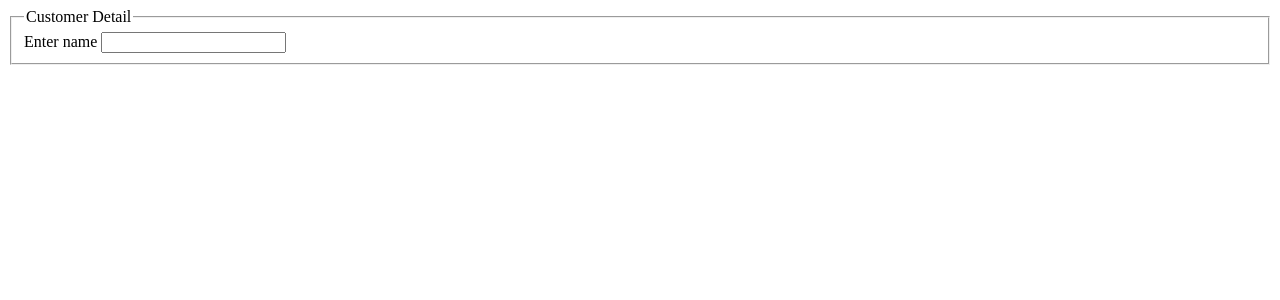
Repository: viram703/SpringBoot
Page: http://localhost/BootJpa/home.jsp
The author's editor kept a copy of each file at every save. The page is drawn from the files as they stood at one save, then again after the next save.
The browser window is 1280 px wide. The pictures show the whole page.
The page is served by Tomcat 9. Other server files are loaded and not shown.

Above is the page before, as saved 2020-02-21 09:17:37.

### Boot/BootJpa/src/main/webapp/home.jsp
<%@ page language="java" contentType="text/html; charset=ISO-8859-1"
    pageEncoding="ISO-8859-1"%>
<!DOCTYPE html>
<html>
<head>
<meta charset="ISO-8859-1">
<title>Insert title here</title>
</head>
<body>

	<form action="addCustomer">
		<fieldset>
			<legend>Customer Detail</legend>
					<label>Enter name</label>
					<input type="text" name="id"></br>

		</fieldset>
	</form>

</body>
</html>

After the next save:
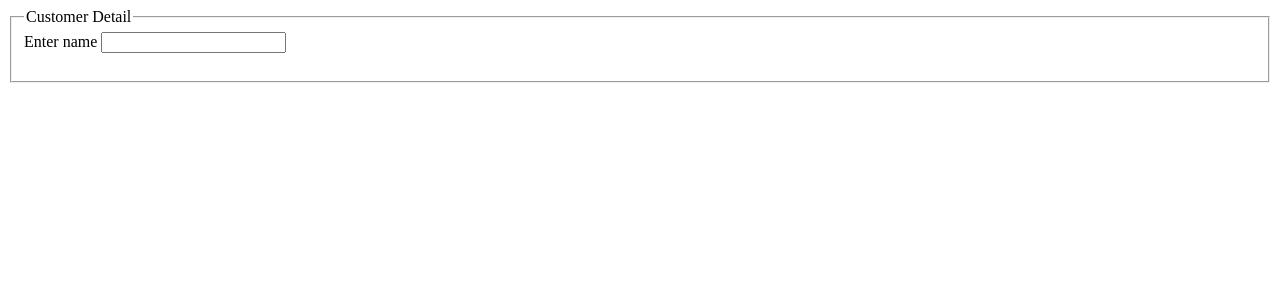
Saved 19 s later.
--- a/Boot/BootJpa/src/main/webapp/home.jsp
+++ b/Boot/BootJpa/src/main/webapp/home.jsp
@@ -12,7 +12,7 @@
 		<fieldset>
 			<legend>Customer Detail</legend>
 					<label>Enter name</label>
-					<input type="text" name="id"></br>
+					<input type="text" name="id"><br></br>
 
 		</fieldset>
 	</form>
